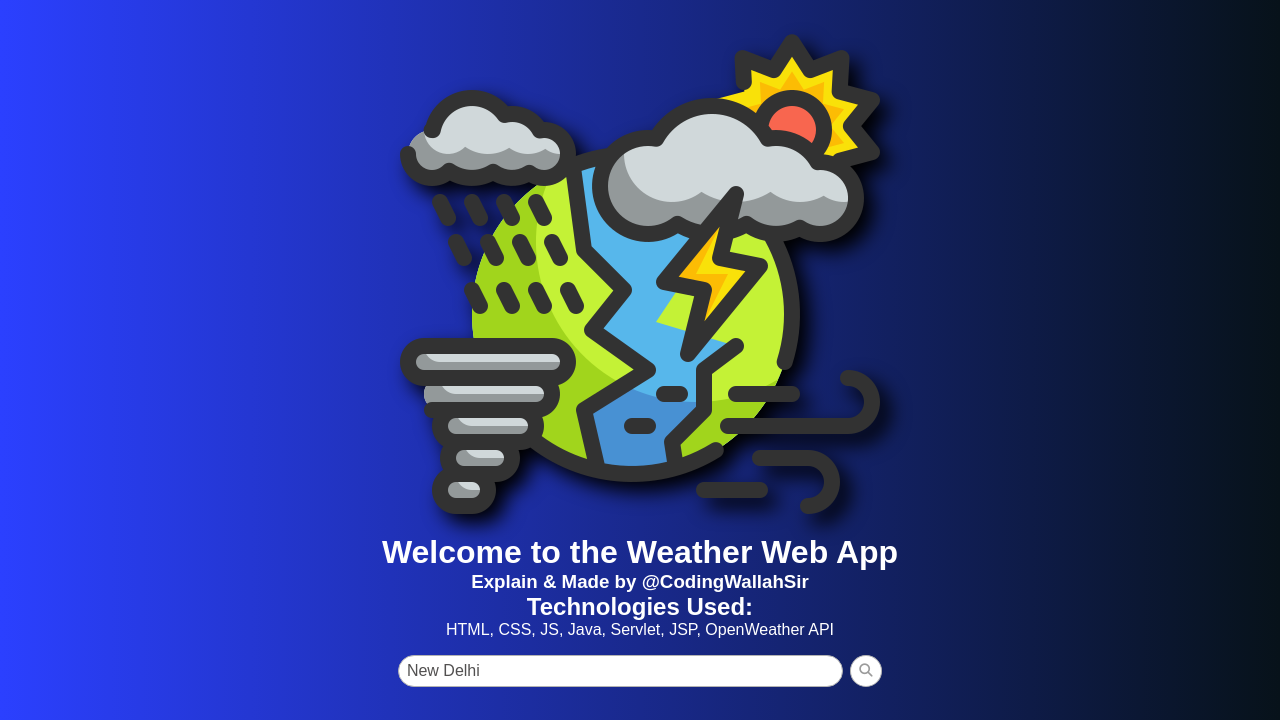
Repository: Adeshppp/Weather-Application-By-Using-JSP-and-Servlet
Page: MyWeatherApp/src/main/webapp/index.html
These files come from the project's save history. The page is drawn as it stood at one moment and after the next save; the edit follows.
The browser window is 1280 px wide. The pictures show the whole page.

Above is the page before, as saved 2023-11-03 05:39:42.

After the next save:
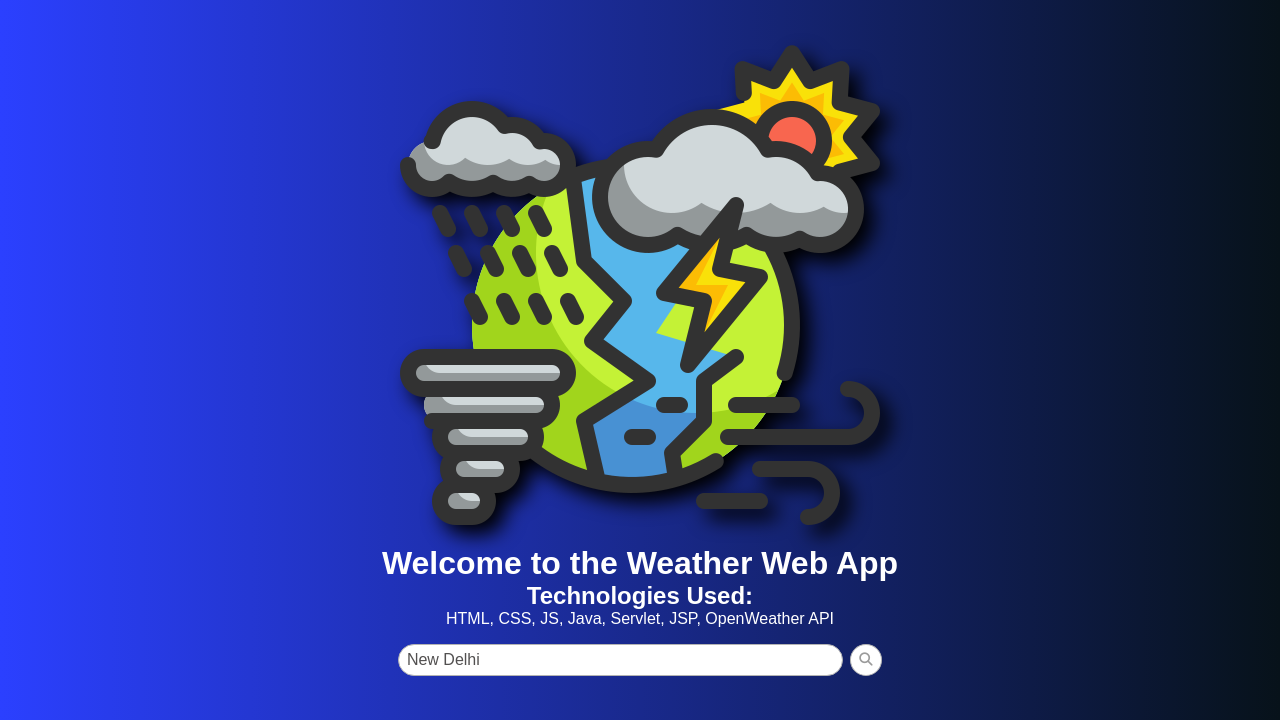
Saved 12 s later.
--- a/MyWeatherApp/src/main/webapp/index.html
+++ b/MyWeatherApp/src/main/webapp/index.html
@@ -13,7 +13,6 @@
 <div style="color:white; text-align:center">
 <img src="images/weather-logo.png" style=" height: auto;width: auto;filter: drop-shadow(10px 10px 10px black);">
     <h1>Welcome to the Weather Web App</h1>
-    <h3>Explain & Made by @CodingWallahSir</h3>
 
     <h2>Technologies Used: </h2> <p>HTML, CSS, JS, Java, Servlet, JSP, OpenWeather API</p>
      <form action="MyServlet" method="post" class="searchInput">
